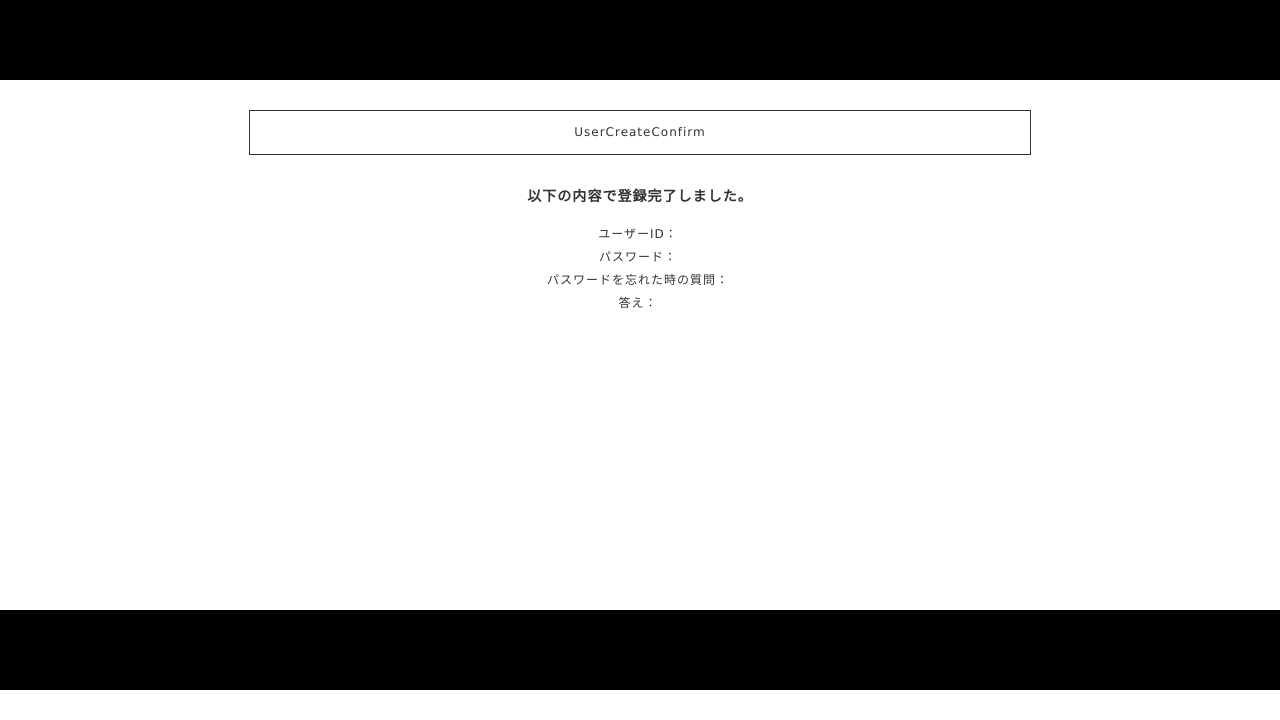
Repository: y321sudo/test2
Page: http://localhost/Yukazon/userCreateComplete.jsp
These files come from the project's save history. The page is drawn as it stood at one moment and after the next save; the edit follows.
The browser window is 1280 px wide. The pictures show the whole page.
The page is served by Tomcat 9. Other server files are loaded and not shown.

Above is the page before, as saved 2018-02-21 07:48:53.

### Yukazon/WebContent/userCreateComplete.jsp
<%@ page language="java" contentType="text/html; charset=UTF-8" pageEncoding="UTF-8"%>
<%@ taglib prefix="s" uri="/struts-tags"%>

<!DOCTYPE html>
<html>
<head>
	<meta charset="utf-8">
	<meta http-equiv="Content-Type" content="text/html; charset=utf-8" />
	<meta http-equiv="Content-Style-Type" content="text/css" />
	<meta http-equiv="Content-Script-Type" content="text/javascript" />
	<meta http-equiv="imagetoolbar" content="no" />
	<meta name="description" content="" />
	<meta name="keywords" content="" />
	<meta charset="utf-8">
	<title>新規ユーザー登録完了画面</title>
	<style type="text/css">
		/* ========TAG LAYOUT======== */
		body {
		   margin:0;
		   padding:0;
		   line-height:1.6;
		   letter-spacing:1px;
		   font-family:Verdana, Helvetica, sans-serif;
		   font-size:12px;
		   color:#333;
		   background:#fff;
		}

		table {
			text-align:center;
			margin:0 auto;
		}

		/* ========ID LAYOUT======== */
		#top {
		   width:780px;
		   margin:30px auto;
		   border:1px solid #333;
		}

		#header {
		   width: 100%;
		   height: 80px;
		   background-color: black;
		}

		#main {
		   width: 100%;
		   height: 500px;
		   text-align: center;
		}
		#box {
			border: 1px solid #000000;
		}

		#footer {
			width: 100%;
			height: 80px;
			background-color: black;
			clear:both;
		}
	</style>
</head>
<body>
	<div id="header">
	 	<div id="pr">
		</div>
	</div>
	<div id="main">
		<div id="top">
			<p>UserCreateConfirm</p>
		</div>
<div>
			<h3>以下の内容で登録完了しました。</h3>
			<table>
					<tr id="box">
						<td>
							<label>ユーザーID：</label>
						</td>
						<td>
							<s:property value="loginUserId" escape="false" />
						</td>
					</tr>
					<tr id="box">
						<td>
							<label>パスワード：</label>
						</td>
						<td>
							<s:property value="loginPassword" escape="false" />
						</td>
					</tr>
					<tr id="box">
						<td>
							<label>パスワードを忘れた時の質問：</label>
						</td>
						<td>
							<s:property value="secretQuestion" escape="false" />
						</td>
					</tr>
					<tr id="box">
						<td>
							<label>答え：</label>
						</td>
						<td>
							<s:property value="secretAnswer" escape="false" />
						</td>
					</tr>
			</table>
		</div>
	</div>
	<div id="footer">
	 	<div id="pr">
		</div>
	</div>
</body>
</html>

After the next save:
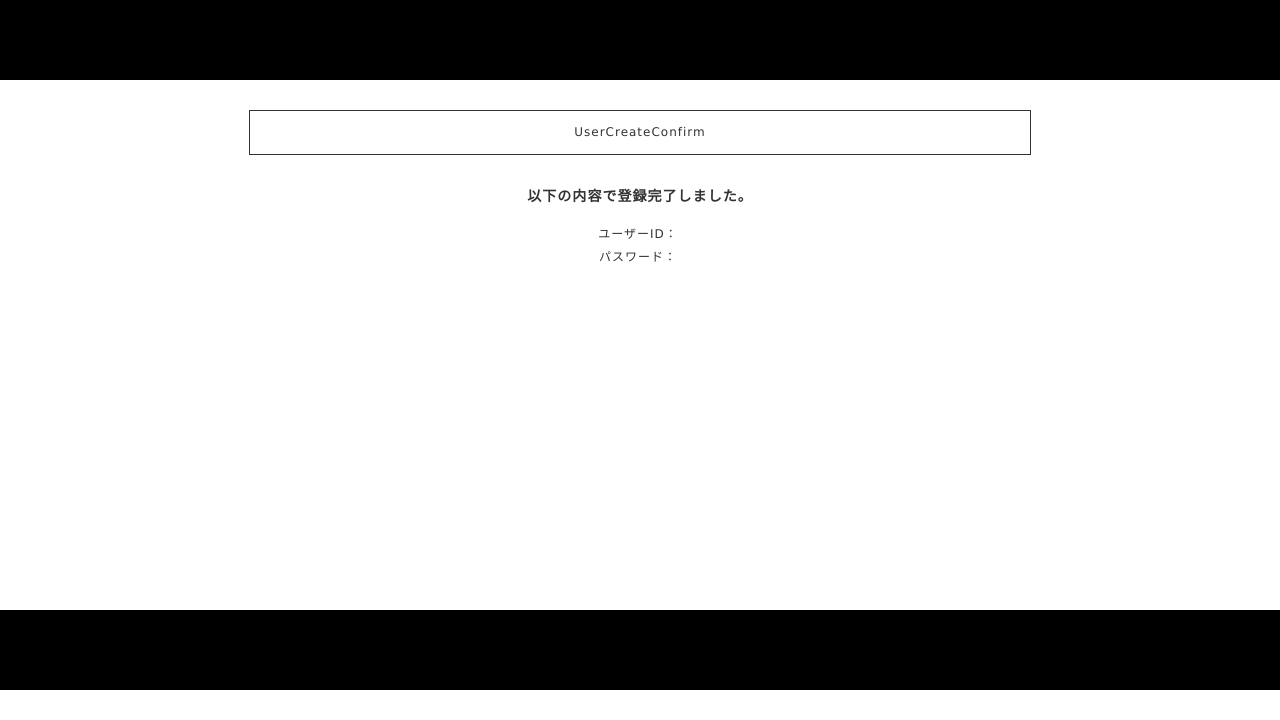
Saved 88 s later.
--- a/Yukazon/WebContent/userCreateComplete.jsp
+++ b/Yukazon/WebContent/userCreateComplete.jsp
@@ -89,22 +89,6 @@
 							<s:property value="loginPassword" escape="false" />
 						</td>
 					</tr>
-					<tr id="box">
-						<td>
-							<label>パスワードを忘れた時の質問：</label>
-						</td>
-						<td>
-							<s:property value="secretQuestion" escape="false" />
-						</td>
-					</tr>
-					<tr id="box">
-						<td>
-							<label>答え：</label>
-						</td>
-						<td>
-							<s:property value="secretAnswer" escape="false" />
-						</td>
-					</tr>
 			</table>
 		</div>
 	</div>
